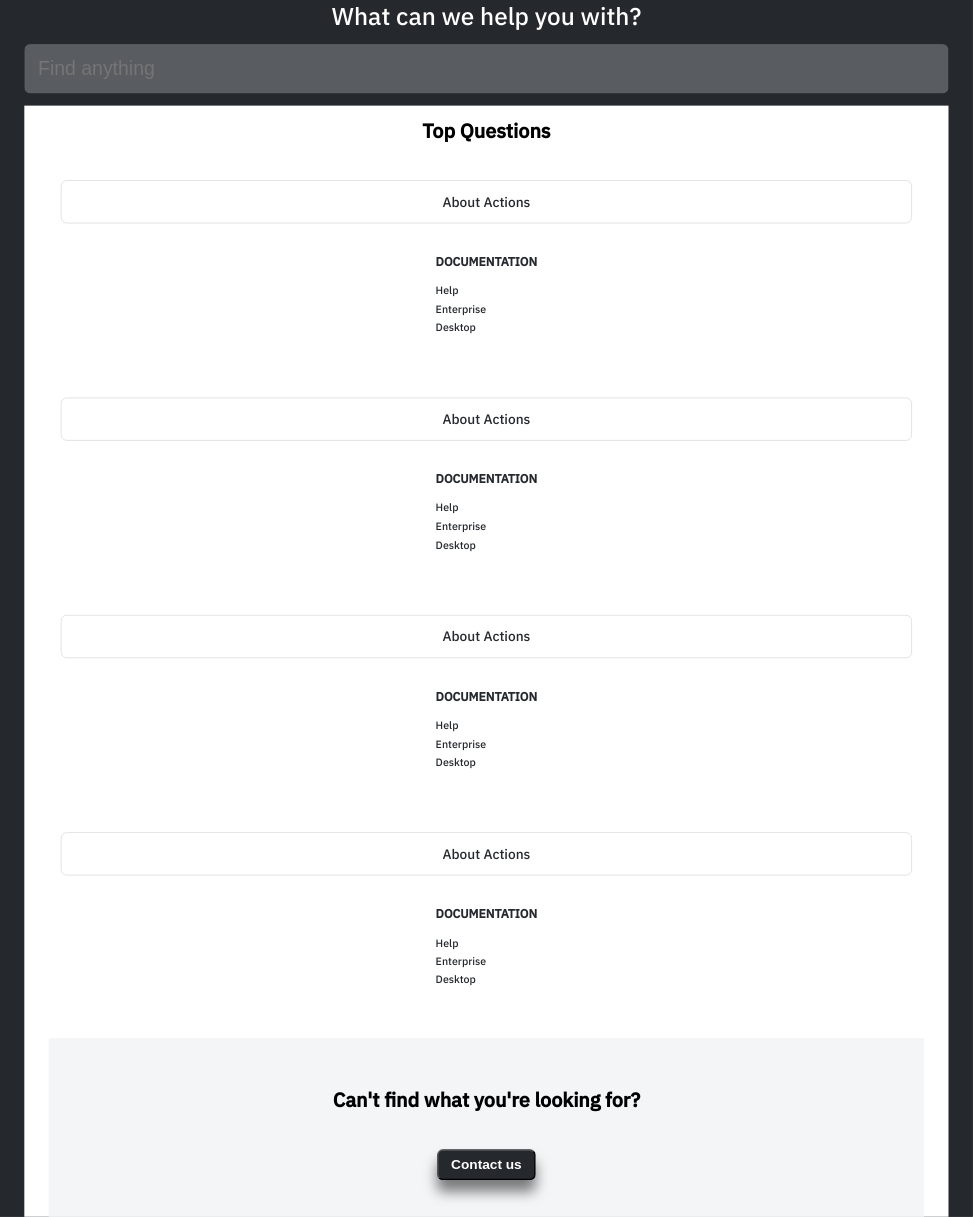
Repository: Hcmwebs/Help-Center-UI-
Page: index.html
These files come from the project's save history. The page is drawn as it stood at one moment and after the next save; the edit follows.
The browser window is 1280 px wide. The pictures show the whole page, at 76% of full size.
The style sheet was rebuilt from its Sass, Less or Tailwind sources for each picture, by a compiler version that may differ from the author's.

Above is the page before, as saved 2020-08-26 00:39:14.

After the next save:
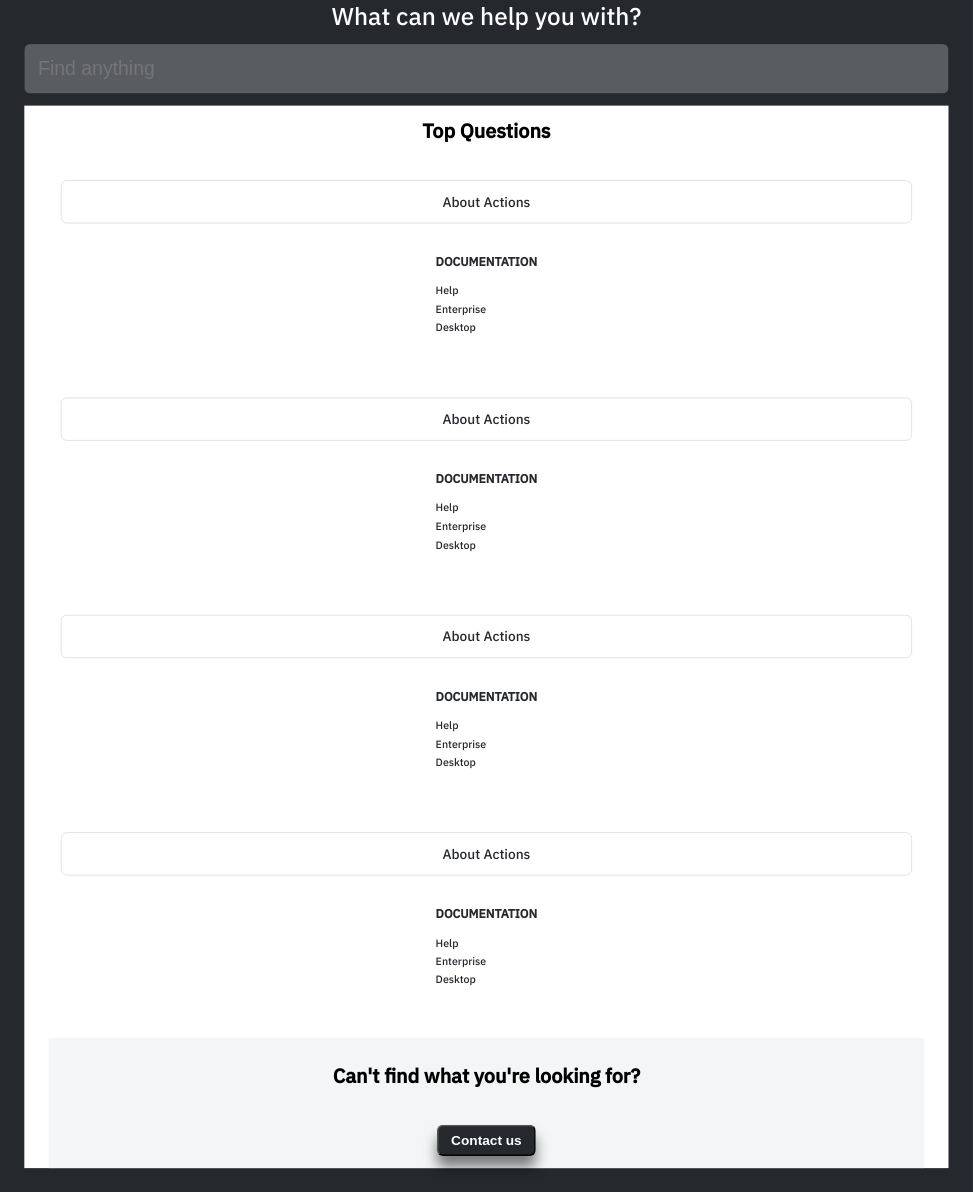
Saved 23 s later.
--- a/scss/styles.scss
+++ b/scss/styles.scss
@@ -132,7 +132,7 @@ header{
 
     &-footer{
         width: 100%;
-        padding: 2rem 0;
+        margin-bottom: 2rem;
         background-color:$footer-bg-color;
         display: flex;
         flex-direction: column;
